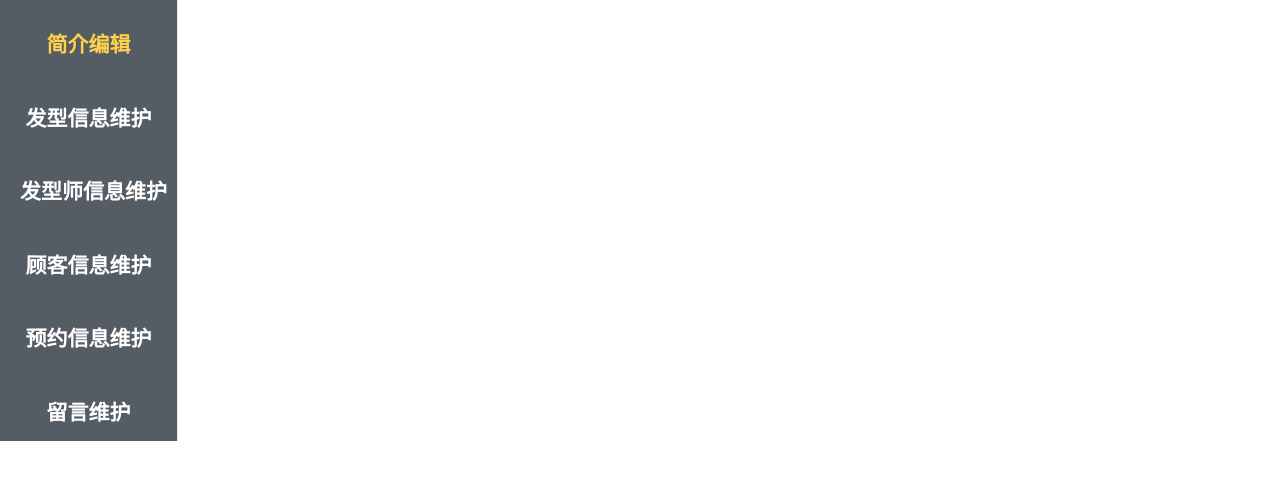
Repository: cjl0805/graduation-design-front
Page: /back/home
The author's editor kept a copy of each file at every save. The page is drawn from the files as they stood at one save, then again after the next save.
The browser window is 1280 px wide. The pictures show the whole page.
The project was rebuilt for these pictures with package versions that can differ from the ones it lists, and the page was loaded fresh each time. Also part of the build but not shown: vue.config.js, src/components/RotationChart.vue, src/components/NavigationBar.vue, src/components/HairStylist.vue, src/components/HairStyle.vue, src/views/font/HairStyleView.vue, src/views/font/HairStylistView.vue, src/views/font/HomeView.vue and 17 more.

Above is the page before, as saved 2023-04-18 08:56:48.

### src/main.js
import Vue from 'vue'
import App from './App.vue'
import router from './router'
import ElementUI from 'element-ui'
import 'element-ui/lib/theme-chalk/index.css'
import axios from 'axios'
import VueAxios from 'vue-axios'
Vue.use(VueAxios, axios);
axios.interceptors.request.use(
  config => {
    if (localStorage.getItem('token')) {
      config.headers.token = localStorage.getItem('token');
    }
    return config;
  },
  error => {
    return Promise.reject(error);
  }
);

axios.interceptors.response.use(
  res => {
    if (res.data.code === 501) {
      console.log(res.data);
      alert("登录已过期，请重新登录！");
      window.localStorage.removeItem('token');
      window.localStorage.removeItem('username');
      location.reload();
    }
    return res;
  }
);

Vue.config.productionTip = false
Vue.use(ElementUI)
new Vue({
  router,
  render: h => h(App)
}).$mount('#app')

### src/router/index.js
import Vue from 'vue'
import VueRouter from 'vue-router'
import HairStyleView from '../views/font/HairStyleView.vue'
import HairStylistView from '../views/font/HairStylistView.vue'
import HomeView from '../views/font/HomeView.vue'
import login from '../views/font/login.vue'
import register from '../views/font/register.vue'
import PersonalInfo from '../views/font/PersonalInfo.vue'
import appointment from '../views/font/AppointmentView.vue'
import pay from '../views/font/PayView.vue'
import MainView from '../views/back/MainView.vue'

Vue.use(VueRouter)

const routes = [{
    path: '/',
    name: 'home',
    component: HomeView
  },
  {
    path: '/hairstyle',
    name: 'hairstyle',
    component: HairStyleView
  },
  {
    path: '/hairstylist',
    name: 'hairstylist',
    component: HairStylistView
  },
  {
    path: '/about',
    name: 'about',
    // route level code-splitting
    // this generates a separate chunk (about.[hash].js) for this route
    // which is lazy-loaded when the route is visited.
    component: () => import( /* webpackChunkName: "about" */ '../views/AboutView.vue')
  },
  {
    path: '/login',
    name: 'login',
    component: login
  },
  {
    path: '/register',
    name: 'register',
    component: register
  },
  {
    path: '/PersonalInfo',
    name: 'PersonalInfo',
    component: PersonalInfo,
  },
  {
    path: '/appointment',
    name: 'appointment',
    component: appointment
  },
  {
    path: '/pay',
    name: 'pay',
    component: pay
  },
  {
    path: '/back/home',
    name: 'MainView',
    component: MainView
  },
]

const router = new VueRouter({
  mode: 'history',
  base: process.env.BASE_URL,
  routes
})

// 导航守卫
// 使用 router.beforeEach 注册一个全局前置守卫，判断用户是否登陆
router.beforeEach((to, from, next) => {
  if (to.path === '/PersonalInfo' || to.path === '/appointment' || to.path === '/MessageCenter' || to.path === '/pay') {
    let token = localStorage.getItem('token');
    if (token === null || token === '') {
      next('/login');
    } else {
      next();
    }
  } else {
    next();
  }
});

export default router

### src/views/back/MainView.vue
<template>
  <div>
    <div class="aside">
      <el-aside width="178px"
        ><el-menu
          height="800px"
          default-active="1"
          class="el-menu-vertical-demo"
          @open="handleOpen"
          @close="handleClose"
          background-color="#545c64"
          text-color="#fff"
          active-text-color="#ffd04b"
        >
          <el-menu-item index="1">
            <span slot="title"><h2>简介编辑</h2></span>
          </el-menu-item>
          <el-menu-item index="2">
            <span slot="title"><h2>发型信息维护</h2></span>
          </el-menu-item>
          <el-menu-item index="3">
            <span slot="title"><h2>发型师信息维护</h2></span>
          </el-menu-item>
          <el-menu-item index="4">
            <span slot="title"><h2>顾客信息维护</h2></span>
          </el-menu-item>
          <el-menu-item index="5">
            <span slot="title"><h2>预约信息维护</h2></span>
          </el-menu-item>
          <el-menu-item index="6">
            <span slot="title"><h2>留言维护</h2></span>
          </el-menu-item>
        </el-menu></el-aside
      >
    </div>
    <div class="div2"></div>
  </div>
</template>

<script>
import HairstylistMaintenance from "@/components/HairstylistMaintenance.vue";
import AppointmentMaintenance from "@/components/AppointmentMaintenance.vue";
import CustomerMaintenance from "@/components/CustomerMaintenance.vue";
import HairstyleMaintenance from "@/components/HairstyleMaintenance.vue";
import IntroductionEditor from "@/components/IntroductionEditor.vue";
import MessageMaintenance from "@/components/MessageMaintenance.vue";
export default {
  name: "MainView",
  components: {
    HairstylistMaintenance,
    AppointmentMaintenance,
    CustomerMaintenance,
    HairstyleMaintenance,
    IntroductionEditor,
    MessageMaintenance,
  },
  data() {
    return {};
  },
  methods: {
    handleOpen(key, keyPath) {
      console.log(key, keyPath);
    },
    handleClose(key, keyPath) {
      console.log(key, keyPath);
    },
  },
};
</script>

<style>
html,
body,
#app,
.el-container {
  height: 100%;
}
</style>

### src/components/UserDescription.vue
<template>
  <div>
    <div class="img">
      <el-upload
        class="userform.img !== '' ? 'avatar-uploader boxCardUploadImg' : 'avatar-uploader'"
        action=""
        :http-request="upFile"
        :show-file-list="false"
        :on-change="handleChange"
        :limit="2"
        :headers="headers"
      >
        <img v-if="userform.img" :src="userform.img" class="avatar" />
        <i v-else class="el-icon-plus avatar-uploader-icon"></i> </el-upload
      ><br />
      <el-button round type="primary" @click="saveImg">保存头像</el-button>
      <div class="div2">
        <div class="div3">
          <el-button class="button"
            ><p class="p" @click="click1">个人信息</p></el-button
          >
        </div>
        <div class="div3">
          <el-button class="button" @click="click2"
            ><p class="p">我的预约</p></el-button
          >
        </div>
        <div class="div3">
          <el-button class="button"
            ><p class="p" @click="click3">我的留言</p></el-button
          >
        </div>
      </div>
    </div>
    <div class="info">
      <UserInfo v-if="userInfo"></UserInfo>
      <myAppointment v-if="myAppointment" class="myAppointment"></myAppointment>
      <myMessage v-if="myMessage"></myMessage>
    </div>
  </div>
</template>

<script>
import UserInfo from "./UserInfo.vue";
import MyAppointment from "./MyAppointment.vue";
import MyMessage from "./MyMessage.vue";
export default {
  name: "UserDescription",
  components: {
    MyAppointment,
    MyMessage,
    UserInfo,
  },
  data() {
    return {
      imageUrl: "",
      headers: {},
      token: "",
      userform: {
        img: "",
      },
      file: " ",
      userInfo: this.$route.query.userInfo,
      myAppointment: this.$route.query.myAppointment,
      myMessage: false,
    };
  },
  created() {
    this.load();
  },
  methods: {
    load() {
      this.axios({
        method: "GET",
        url: "http://localhost:8090/graduation/design/customInfo/get",
        params: {
          username: window.localStorage.getItem("username"),
        },
      }).then((res) => {
        console.log(res.data);
        if (res.data.data != null) {
          this.userform.img = res.data.data.img;
        }
      });
    },
    click1() {
      this.userInfo = true;
      this.myAppointment = false;
      this.myMessage = false;
    },
    click2() {
      this.userInfo = false;
      this.myAppointment = true;
      this.myMessage = false;
    },
    click3() {
      this.userInfo = false;
      this.myAppointment = false;
      this.myMessage = true;
    },
    handleChange(file, fileList) {
      const fileName = file.name; // 文件名字
      const fileType = fileName.substring(fileName.lastIndexOf(".") + 1);
      if (fileType === "png" || fileType === "jpg") {
        this.file = file;
        return;
      } else {
        this.$message({
          type: "warning",
          message: "附件格式错误，请重新上传！",
        });
      }
    },
    upFile(item) {
      const formData = new FormData();
      formData.append("file", this.file.raw);
      this.axios({
        method: "POST",
        url: "http://localhost:8090/graduation/design/common/upload",
        data: formData,
      }).then((res) => {
        console.log(res.data);
        if (res.data.code === 200) {
          this.userform.img = res.data.data;
        } else {
          alert(res.data.message);
        }
      });
    },
    beforeAvatarUpload(file) {
      const isJPG = file.type === "image/jpeg";
      const isLt2M = file.size / 1024 / 1024 < 2;

      if (!isJPG) {
        this.$message.error("上传头像图片只能是 JPG 格式!");
      }
      if (!isLt2M) {
        this.$message.error("上传头像图片大小不能超过 2MB!");
      }
      return isJPG && isLt2M;
    },
    saveImg() {
      this.axios({
        method: "POST",
        url: "http://localhost:8090/graduation/design/customInfo/save/img",
        params: {
          username: window.localStorage.getItem("username"),
          img: this.userform.img,
        },
      }).then((res) => {
        console.log(res.data);
        if (res.data.code === 200) {
          alert("保存头像成功！");
        }
      });
    },
  },
};
</script>

<style>
.avatar-uploader .el-upload {
  border: 1px solid #d9d9d9;
  border-radius: 50px;
  cursor: pointer;
  position: relative;
  overflow: hidden;
}
.avatar-uploader .el-upload:hover {
  border-color: none;
}
.avatar-uploader-icon {
  margin-top: 20px;
  font-size: 120px;
  color: #8c939d;
}
.avatar {
  margin-top: 20px;
  width: 120px;
  height: 120px;
  display: block;
}

.boxCardUploadImg .el-upload:hover div {
  width: 100px;
  height: 100px;
  line-height: 100px;
  text-align: center;
  border-radius: 50px;
  position: absolute;
  font-size: 18px;
  display: initial;
  z-index: 999;
  color: #fff;
  top: 0;
  left: 0;
  background-color: #17163c;
  opacity: 0.5;
}
.my-content {
  font-size: 20px;
}
.my-label {
  font-size: 20px;
}
.img {
  margin-left: 20px;
  text-align: center;
  width: 240px;
  height: 640px;
  border: 2px;
  background: rgb(255, 255, 255);
}
.info {
  margin-top: -640px;
  margin-left: 305px;
  text-align: center;
  width: 1210px;
  height: 640px;
  border: 2px;
  background: rgba(255, 255, 255);
}
.button {
  margin: 0 auto;
  width: 200px;
  height: 40px;
  margin-top: 0px;
}
.p {
  margin: 0 auto;
  font-size: 20px;
  font-weight: bold;
}
.div2 {
  margin-top: 120px;
}
.div3 {
  margin-top: 28px;
}
</style>

### src/components/HairStylistDescription.vue
<template>
  <div>
    <div class="img">
      <el-upload
        class="userform.img !== '' ? 'avatar-uploader boxCardUploadImg' : 'avatar-uploader'"
        action=""
        :http-request="upFile"
        :show-file-list="false"
        :on-change="handleChange"
        :limit="2"
        :headers="headers"
      >
        <img v-if="userform.img" :src="userform.img" class="avatar" />
        <i v-else class="el-icon-plus avatar-uploader-icon"></i> </el-upload
      ><br />
      <el-button round type="primary" @click="saveImg">保存头像</el-button>
      <div class="div2">
        <div class="div3">
          <el-button class="button"
            ><p class="p" @click="click1">个人信息</p></el-button
          >
        </div>
        <div class="div3">
          <el-button class="button" @click="click2"
            ><p class="p">我的预约</p></el-button
          >
        </div>
      </div>
    </div>
    <div class="info">
      <HairStylistInfo v-if="HairStylistInfo"></HairStylistInfo>
      <HairStylistAppointment v-if="HairStylistAppointment"></HairStylistAppointment>
    </div>
  </div>
</template>

<script>
import HairStylistInfo from "./HairStylistInfo.vue";
import HairStylistAppointment from "./HairStylistAppointment.vue";
export default {
  name: "UserDescription",
  components: {
    HairStylistAppointment,
    HairStylistInfo,
  },
  data() {
    return {
      imageUrl: "",
      headers: {},
      token: "",
      userform: {
        img: "",
      },
      file: " ",
      HairStylistInfo: true,
      HairStylistAppointment: false,
    };
  },
  created() {
    this.load();
  },
  methods: {
    load() {
      this.axios({
        method: "GET",
        url: "http://localhost:8090/graduation/design/hairstylist/get",
        params: {
          username: window.localStorage.getItem("username"),
        },
      }).then((res) => {
        console.log(res.data);
        if (res.data.data != null) {
          this.userform.img = res.data.data.img;
          window.localStorage.setItem("hairstylist", res.data.data.name);
        }
      });
    },
    click1() {
      this.HairStylistInfo = true;
      this.HairStylistAppointment = false;
    },
    click2() {
      this.HairStylistInfo = false;
      this.HairStylistAppointment = true;
    },
    handleChange(file, fileList) {
      const fileName = file.name; // 文件名字
      const fileType = fileName.substring(fileName.lastIndexOf(".") + 1);
      if (fileType === "png" || fileType === "jpg") {
        this.file = file;
        return;
      } else {
        this.$message({
          type: "warning",
          message: "附件格式错误，请重新上传！",
        });
      }
    },
    upFile(item) {
      const formData = new FormData();
      formData.append("file", this.file.raw);
      this.axios({
        method: "POST",
        url: "http://localhost:8090/graduation/design/common/upload",
        data: formData,
      }).then((res) => {
        console.log(res.data);
        if (res.data.code === 200) {
          this.userform.img = res.data.data;
        } else {
          alert(res.data.message);
        }
      });
    },
    beforeAvatarUpload(file) {
      const isJPG = file.type === "image/jpeg";
      const isLt2M = file.size / 1024 / 1024 < 2;

      if (!isJPG) {
        this.$message.error("上传头像图片只能是 JPG 格式!");
      }
      if (!isLt2M) {
        this.$message.error("上传头像图片大小不能超过 2MB!");
      }
      return isJPG && isLt2M;
    },
    saveImg() {
      this.axios({
        method: "POST",
        url: "http://localhost:8090/graduation/design/hairstylist/save/img",
        params: {
          username: window.localStorage.getItem("username"),
          img: this.userform.img,
        },
      }).then((res) => {
        console.log(res.data);
        if (res.data.code === 200) {
          alert("保存头像成功！");
        }
      });
    },
  },
};
</script>

<style>
.avatar-uploader .el-upload {
  border: 1px solid #d9d9d9;
  border-radius: 50px;
  cursor: pointer;
  position: relative;
  overflow: hidden;
}
.avatar-uploader .el-upload:hover {
  border-color: none;
}
.avatar-uploader-icon {
  margin-top: 20px;
  font-size: 120px;
  color: #8c939d;
}
.avatar {
  margin-top: 20px;
  width: 120px;
  height: 120px;
  display: block;
}

.boxCardUploadImg .el-upload:hover div {
  width: 100px;
  height: 100px;
  line-height: 100px;
  text-align: center;
  border-radius: 50px;
  position: absolute;
  font-size: 18px;
  display: initial;
  z-index: 999;
  color: #fff;
  top: 0;
  left: 0;
  background-color: #17163c;
  opacity: 0.5;
}
.my-content {
  font-size: 20px;
}
.my-label {
  font-size: 20px;
}
.img {
  margin-left: 20px;
  text-align: center;
  width: 240px;
  height: 640px;
  border: 2px;
  background: rgb(255, 255, 255);
}
.info {
  margin-top: -640px;
  margin-left: 305px;
  text-align: center;
  width: 1210px;
  height: 640px;
  border: 2px;
  background: rgba(255, 255, 255);
}
.button {
  margin: 0 auto;
  width: 200px;
  height: 40px;
  margin-top: 0px;
}
.p {
  margin: 0 auto;
  font-size: 20px;
  font-weight: bold;
}
.div2 {
  margin-top: 120px;
}
.div3 {
  margin-top: 28px;
}
</style>

Loaded but not shown: public/index.html (common file); src/App.vue (common file)

After the next save:
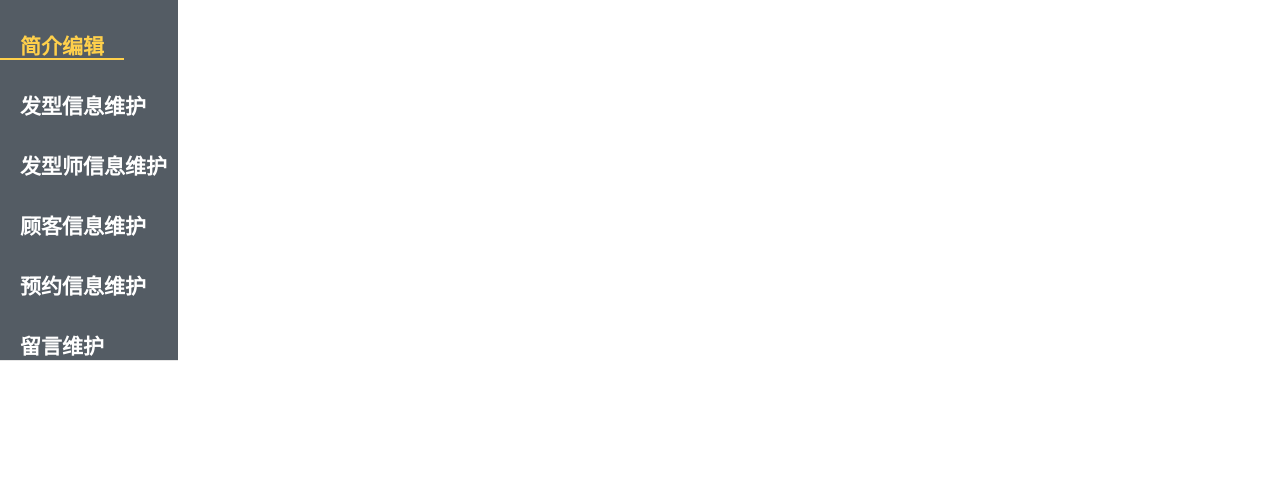
Saved 68 s later.
--- a/src/views/back/MainView.vue
+++ b/src/views/back/MainView.vue
@@ -11,6 +11,7 @@
           background-color="#545c64"
           text-color="#fff"
           active-text-color="#ffd04b"
+          mode="horizontal"
         >
           <el-menu-item index="1">
             <span slot="title"><h2>简介编辑</h2></span>
